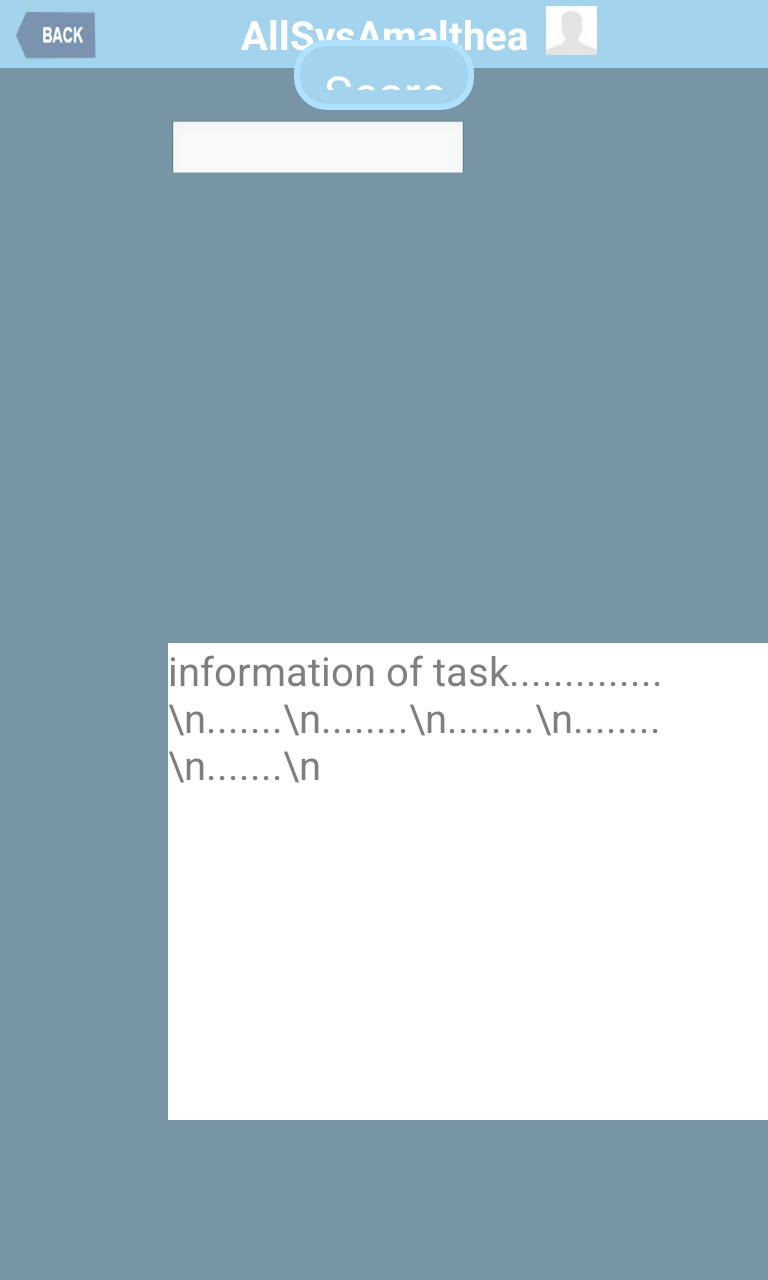
Repository: AllSysAmalthea/AllSys
Layout: APP/AppUI code/代码/Allsys/res/layout/activity_search.xml
The author's editor kept a copy of each file at every save. The layout is drawn from the files as they stood at one save, then again after the next save.
It is drawn on a 768 x 1280 px phone screen (xhdpi) without system bars, with theme android:Theme.NoTitleBar; the app's code is not run.

Above is the layout before, as saved 2015-06-06 07:28:18.

After the next save:
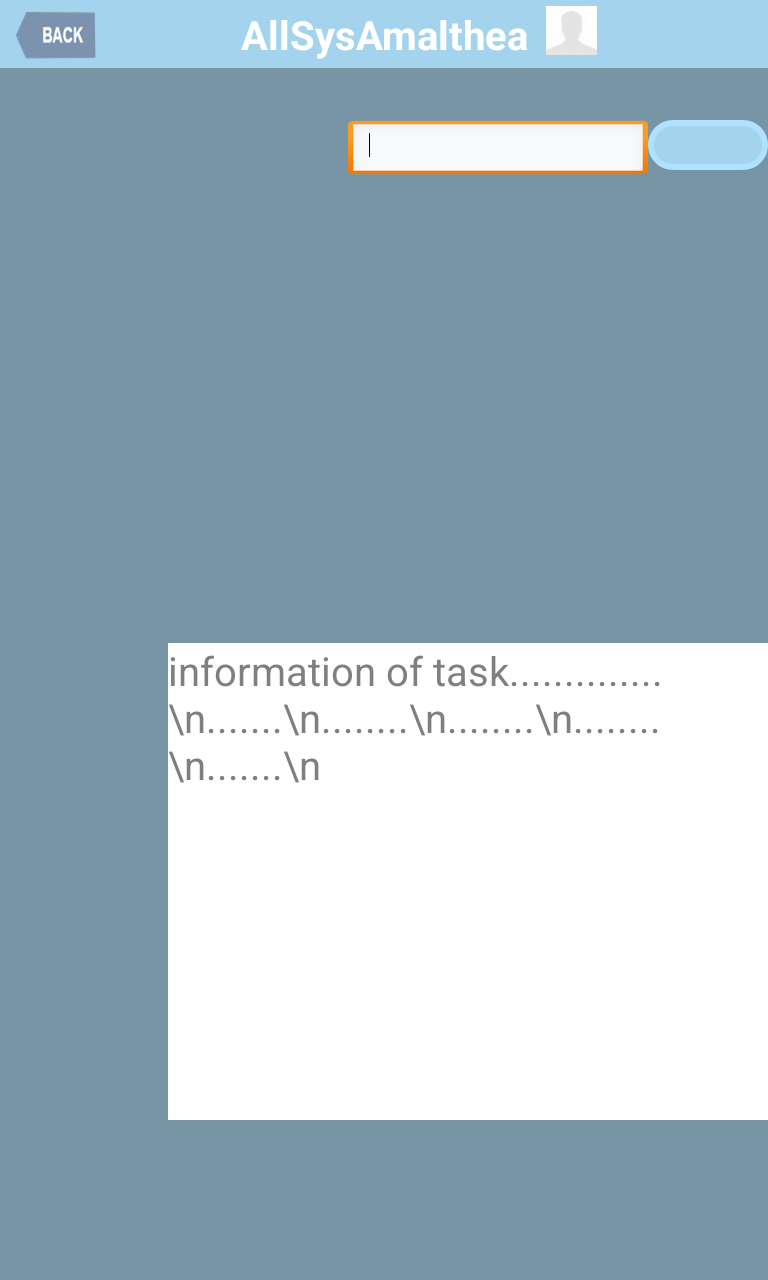
Saved 34 s later.
--- a/APP/AppUI code/代码/Allsys/res/layout/activity_search.xml
+++ b/APP/AppUI code/代码/Allsys/res/layout/activity_search.xml
@@ -58,26 +58,28 @@
         android:textColor="#7f7f7f"
         android:textSize="20sp" />
 
+    <Button
+        android:id="@+id/Search"
+        android:layout_width="120px"
+        android:layout_height="50px"
+        android:layout_alignParentRight="true"
+        android:layout_alignTop="@+id/searchContent"
+        android:background="@drawable/shape3"
+        android:text="Search"
+        android:textColor="#ffffff"
+        android:textSize="24sp" />
+
     <EditText
         android:id="@+id/searchContent"
         android:layout_width="300px"
         android:layout_height="60px"
-        android:layout_alignLeft="@+id/businesscardsingle_content_abstract"
         android:layout_below="@+id/linearLayout1"
         android:layout_marginTop="20dp"
+        android:layout_toLeftOf="@+id/Search"
         android:ems="10"
-        android:textSize="20sp" />
+        android:textSize="20sp" >
 
-    <Button
-	    android:id="@+id/Search"
-	    android:layout_width="180px"
-	    android:layout_height="70px"
-	    android:layout_below="@+id/textView7"
-	    android:layout_centerHorizontal="true"
-	    android:layout_marginTop="20dp"
-	    android:background="@drawable/shape3"
-	    android:text="Search"
-	    android:textColor="#ffffff"
-	    android:textSize="24sp" />
+        <requestFocus />
+    </EditText>
 
 </RelativeLayout>
